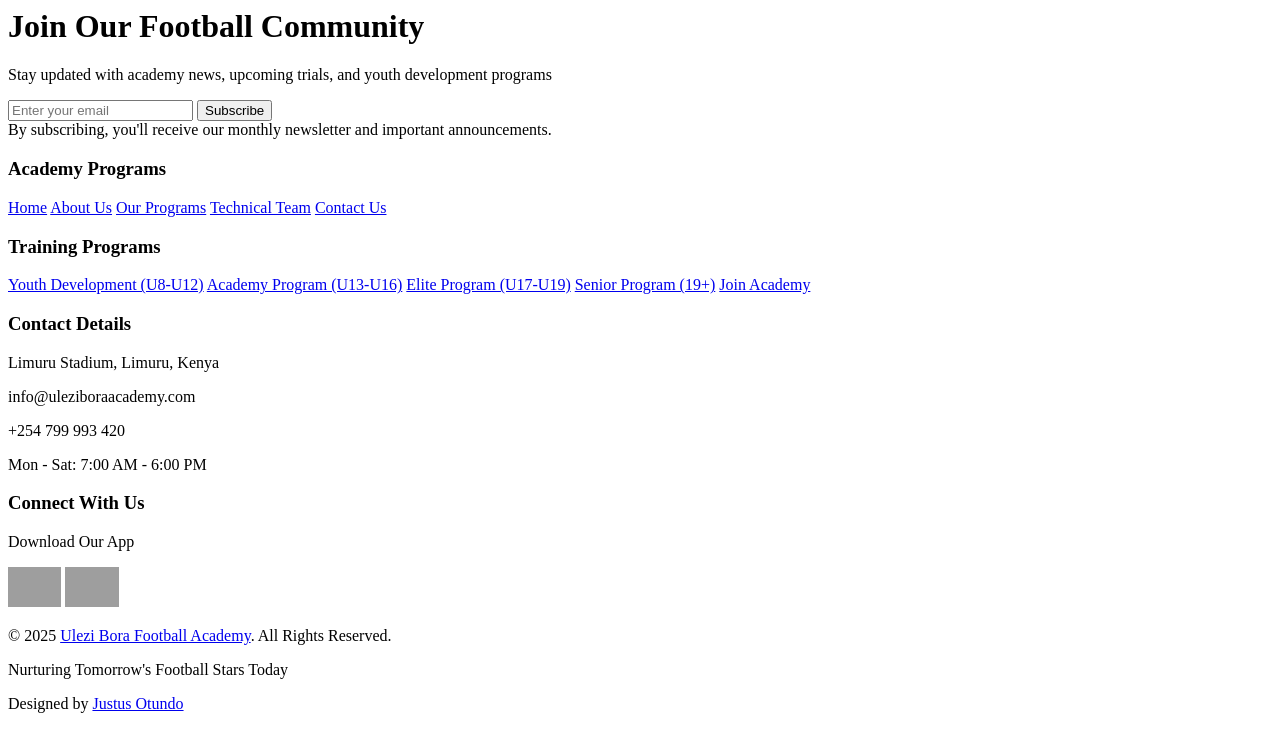
Repository: Justus-Otundo/uleziborafc
Page: footer.html
An editor plug-in stored every save of this project. The page is shown before and after the next save, followed by the edit.
The browser window is 1280 px wide. The pictures show the whole page.
Pictures or frames that could not be fetched are drawn as grey boxes.

Above is the page before, as saved 2025-07-15 12:58:56.

### footer.html
<!-- Footer Start -->
<div class="container-fluid bg-primary newsletter-section p-5">
    <div class="row g-5">
        <div class="col-12 text-center">
            <h1 class="display-5 mb-4 text-white">Join Our Football Community</h1>
            <p class="text-white-50 mb-4">Stay updated with academy news, upcoming trials, and youth development programs</p>
            <form class="newsletter-form mx-auto" style="max-width: 600px;">
                <div class="input-group">
                    <input type="email" class="form-control border-light p-3" placeholder="Enter your email" required>
                    <button class="btn btn-light px-4 py-3" type="submit">
                        <i class="fas fa-paper-plane me-2"></i>Subscribe
                    </button>
                </div>
                <div class="form-text text-white-50 mt-2">By subscribing, you'll receive our monthly newsletter and important announcements.</div>
            </form>
        </div>
    </div>
</div>
<div class="container-fluid bg-dark text-secondary p-5">
    <div class="row g-5">
        <div class="col-lg-3 col-md-6">
            <h3 class="text-white mb-4">Academy Programs</h3>
            <div class="d-flex flex-column justify-content-start">
                <a class="text-secondary mb-2" href="index.html"><i class="fas fa-angle-right text-primary me-2"></i>Home</a>
                <a class="text-secondary mb-2" href="about.html"><i class="fas fa-angle-right text-primary me-2"></i>About Us</a>
                <a class="text-secondary mb-2" href="service.html"><i class="fas fa-angle-right text-primary me-2"></i>Our Programs</a>
                <a class="text-secondary mb-2" href="coachingstaff.html"><i class="fas fa-angle-right text-primary me-2"></i>Technical Team</a>
                <a class="text-secondary" href="contact.html"><i class="fas fa-angle-right text-primary me-2"></i>Contact Us</a>
            </div>
        </div>
        <div class="col-lg-3 col-md-6">
            <h3 class="text-white mb-4">Training Programs</h3>
            <div class="d-flex flex-column justify-content-start">
                <a class="text-secondary mb-2" href="service.html#youth"><i class="fas fa-futbol text-primary me-2"></i>Youth Development (U8-U12)</a>
                <a class="text-secondary mb-2" href="service.html#academy"><i class="fas fa-futbol text-primary me-2"></i>Academy Program (U13-U16)</a>
                <a class="text-secondary mb-2" href="service.html#elite"><i class="fas fa-futbol text-primary me-2"></i>Elite Program (U17-U19)</a>
                <a class="text-secondary mb-2" href="service.html#senior"><i class="fas fa-futbol text-primary me-2"></i>Senior Program (19+)</a>
                <a class="text-secondary" href="registration.html"><i class="fas fa-user-plus text-primary me-2"></i>Join Academy</a>
            </div>
        </div>
        <div class="col-lg-3 col-md-6">
            <h3 class="text-white mb-4">Contact Details</h3>
            <p class="mb-2"><i class="fas fa-map-marker-alt text-primary me-2"></i>Limuru Stadium, Limuru, Kenya</p>
            <p class="mb-2"><i class="fas fa-envelope text-primary me-2"></i>info@uleziboraacademy.com</p>
            <p class="mb-2"><i class="fas fa-phone text-primary me-2"></i>+254 799 993 420</p>
            <p class="mb-0"><i class="fas fa-clock text-primary me-2"></i>Mon - Sat: 7:00 AM - 6:00 PM</p>
        </div>
        <div class="col-lg-3 col-md-6">
            <h3 class="text-white mb-4">Connect With Us</h3>
            <div class="d-flex">
                <a class="btn btn-light btn-square rounded-circle me-2" href="#" title="Follow us on Twitter">
                    <i class="fab fa-twitter"></i>
                </a>
                <a class="btn btn-light btn-square rounded-circle me-2" href="#" title="Like us on Facebook">
                    <i class="fab fa-facebook-f"></i>
                </a>
                <a class="btn btn-light btn-square rounded-circle me-2" href="#" title="Follow us on Instagram">
                    <i class="fab fa-instagram"></i>
                </a>
                <a class="btn btn-light btn-square rounded-circle" href="#" title="Watch us on YouTube">
                    <i class="fab fa-youtube"></i>
                </a>
            </div>
            <div class="mt-4">
                <p class="text-secondary mb-2">Download Our App</p>
                <div class="d-flex">
                    <a class="me-2" href="#"><img src="img/google-play.png" alt="Get it on Google Play" height="40"></a>
                    <a href="#"><img src="img/app-store.png" alt="Download on App Store" height="40"></a>
                </div>
            </div>
        </div>
    </div>
</div>
<div class="container-fluid bg-dark text-secondary text-center border-top py-4 px-5" style="border-color: rgba(256, 256, 256, .1) !important;">
    <div class="row">
        <div class="col-12">
            <p class="m-0">&copy; 2025 <a class="text-primary fw-bold" href="index.html">Ulezi Bora Football Academy</a>. All Rights Reserved.</p>
            <p class="text-secondary small mt-2">Nurturing Tomorrow's Football Stars Today</p>
            <p class="text-secondary small">Designed by <a class="text-secondary border-bottom" href="https://justus-otundo.github.io/justus-otundo/" target="_blank">Justus Otundo</a></p>
        </div>
    </div>
</div>
<!-- Footer End -->

After the next save:
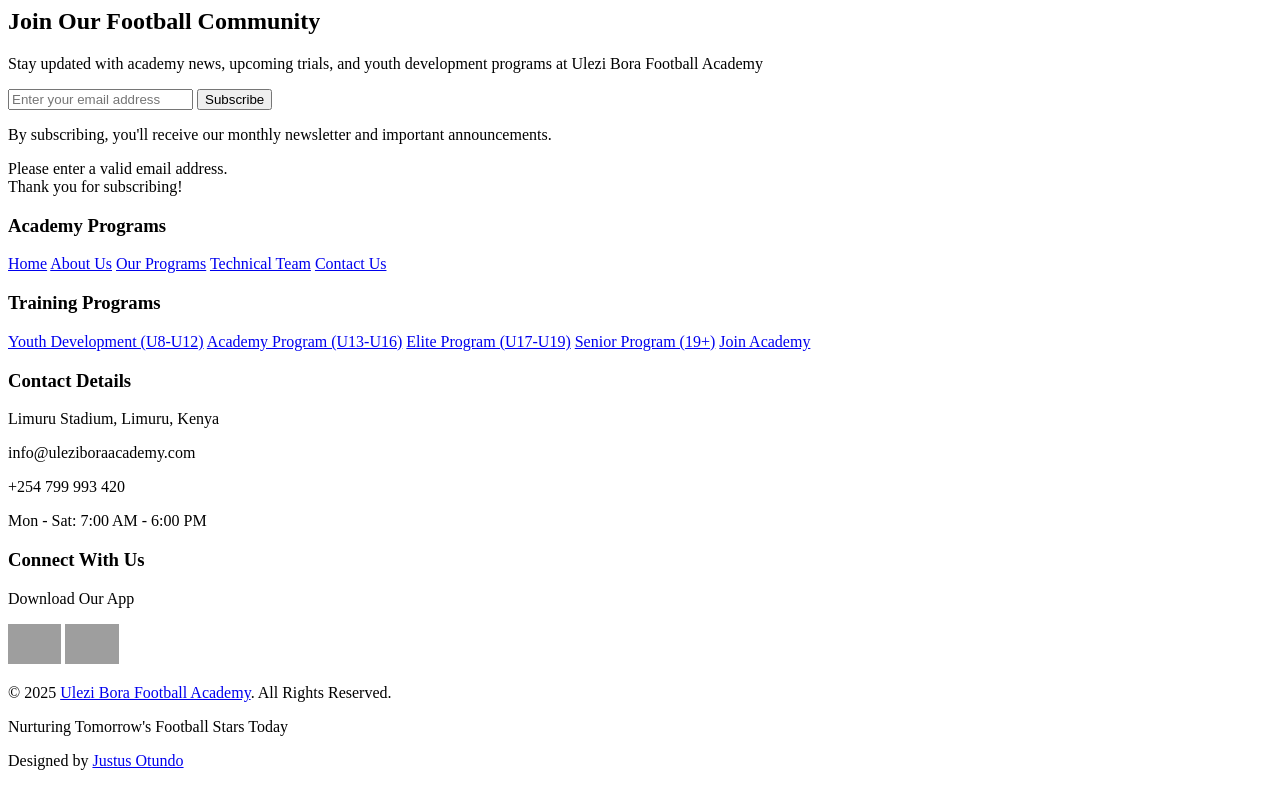
Saved 100 s later.
--- a/footer.html
+++ b/footer.html
@@ -1,21 +1,58 @@
 <!-- Footer Start -->
-<div class="container-fluid bg-primary newsletter-section p-5">
-    <div class="row g-5">
-        <div class="col-12 text-center">
-            <h1 class="display-5 mb-4 text-white">Join Our Football Community</h1>
-            <p class="text-white-50 mb-4">Stay updated with academy news, upcoming trials, and youth development programs</p>
-            <form class="newsletter-form mx-auto" style="max-width: 600px;">
-                <div class="input-group">
-                    <input type="email" class="form-control border-light p-3" placeholder="Enter your email" required>
-                    <button class="btn btn-light px-4 py-3" type="submit">
-                        <i class="fas fa-paper-plane me-2"></i>Subscribe
-                    </button>
-                </div>
-                <div class="form-text text-white-50 mt-2">By subscribing, you'll receive our monthly newsletter and important announcements.</div>
-            </form>
+<div class="container-fluid newsletter-section py-5">
+    <div class="container py-3">
+        <div class="row justify-content-center">
+            <div class="col-lg-8 col-md-10 col-12 text-center">
+                <h2 class="display-5 text-white fw-bold mb-3">Join Our Football Community</h2>
+                <p class="text-white-50 mb-4 px-md-4">Stay updated with academy news, upcoming trials, and youth development programs at Ulezi Bora Football Academy</p>
+                <form class="newsletter-form mx-auto" action="#" method="POST" id="newsletterForm" onsubmit="return validateNewsletter(event)">
+                    <div class="input-group newsletter-input-group">
+                        <input
+                            type="email"
+                            class="form-control border-0 py-3 px-4"
+                            placeholder="Enter your email address"
+                            required
+                            pattern="[a-z0-9._%+-]+@[a-z0-9.-]+\.[a-z]{2,}$"
+                            id="newsletterEmail"
+                        >
+                        <button class="btn btn-light px-4 py-3" type="submit" id="newsletterSubmit">
+                            <i class="fas fa-paper-plane me-2"></i>Subscribe
+                        </button>
+                    </div>
+                    <div class="newsletter-message mt-3">
+                        <p class="text-white-50 small mb-0">By subscribing, you'll receive our monthly newsletter and important announcements.</p>
+                        <div id="newsletterError" class="text-warning small mt-2 d-none">Please enter a valid email address.</div>
+                        <div id="newsletterSuccess" class="text-light small mt-2 d-none">Thank you for subscribing!</div>
+                    </div>
+                </form>
+            </div>
         </div>
     </div>
 </div>
+
+<script>
+function validateNewsletter(event) {
+    event.preventDefault();
+    const email = document.getElementById('newsletterEmail').value;
+    const errorDiv = document.getElementById('newsletterError');
+    const successDiv = document.getElementById('newsletterSuccess');
+    const emailPattern = /^[a-zA-Z0-9._-]+@[a-zA-Z0-9.-]+\.[a-zA-Z]{2,4}$/;
+
+    errorDiv.classList.add('d-none');
+    successDiv.classList.add('d-none');
+
+    if (!emailPattern.test(email)) {
+        errorDiv.classList.remove('d-none');
+        return false;
+    }
+
+    // Here you would typically send the data to your server
+    // For now, we'll just show a success message
+    successDiv.classList.remove('d-none');
+    document.getElementById('newsletterEmail').value = '';
+    return false;
+}
+</script>
 <div class="container-fluid bg-dark text-secondary p-5">
     <div class="row g-5">
         <div class="col-lg-3 col-md-6">
